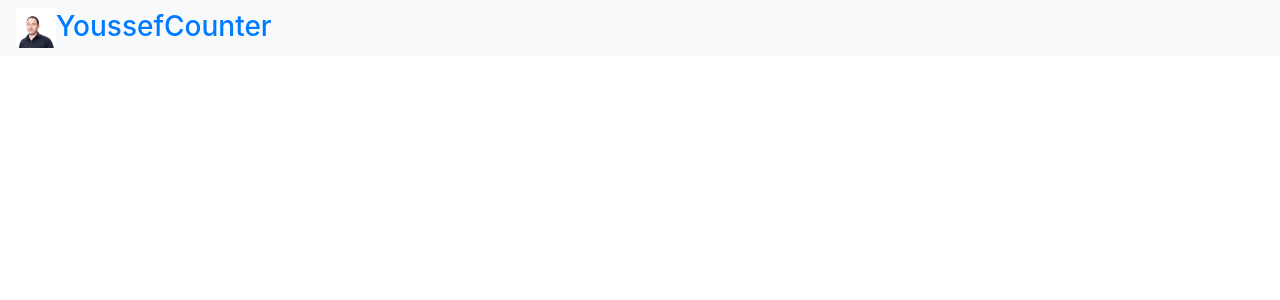
Repository: AMhadhbi/app-counter
Page: /
An editor plug-in stored every save of this project. The page is shown before and after the next save, followed by the edit.
The browser window is 1280 px wide. The pictures show the whole page.
The project was rebuilt for these pictures with package versions that can differ from the ones it lists, and the page was loaded fresh each time.

Above is the page before, as saved 2021-02-28 17:25:41.

After the next save:
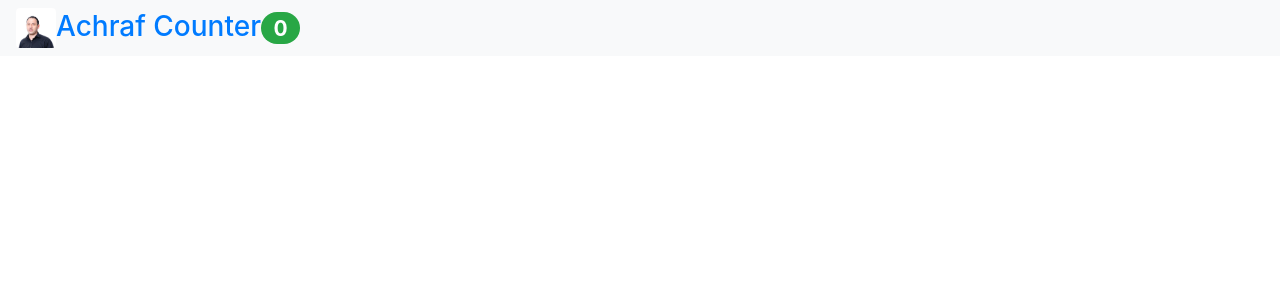
Saved 46 s later.
--- a/src/components/navbar.jsx
+++ b/src/components/navbar.jsx
@@ -4,9 +4,10 @@ const  Navbar = () => {
     <nav className="navbar navbar-light bg-light h3">
         <a href='#'>
             <img className ="rounded" src='images/me.png' alt=""
-            style={{width: "40px", height: "40px"}}/>
-            YoussefCounter
-            <span></span>
+            style={{width: "40px", height: "40px"}}
+            />
+            Achraf Counter
+            <span className="badge badge-pill badge-success">0</span>
         </a>
     </nav>
     );
